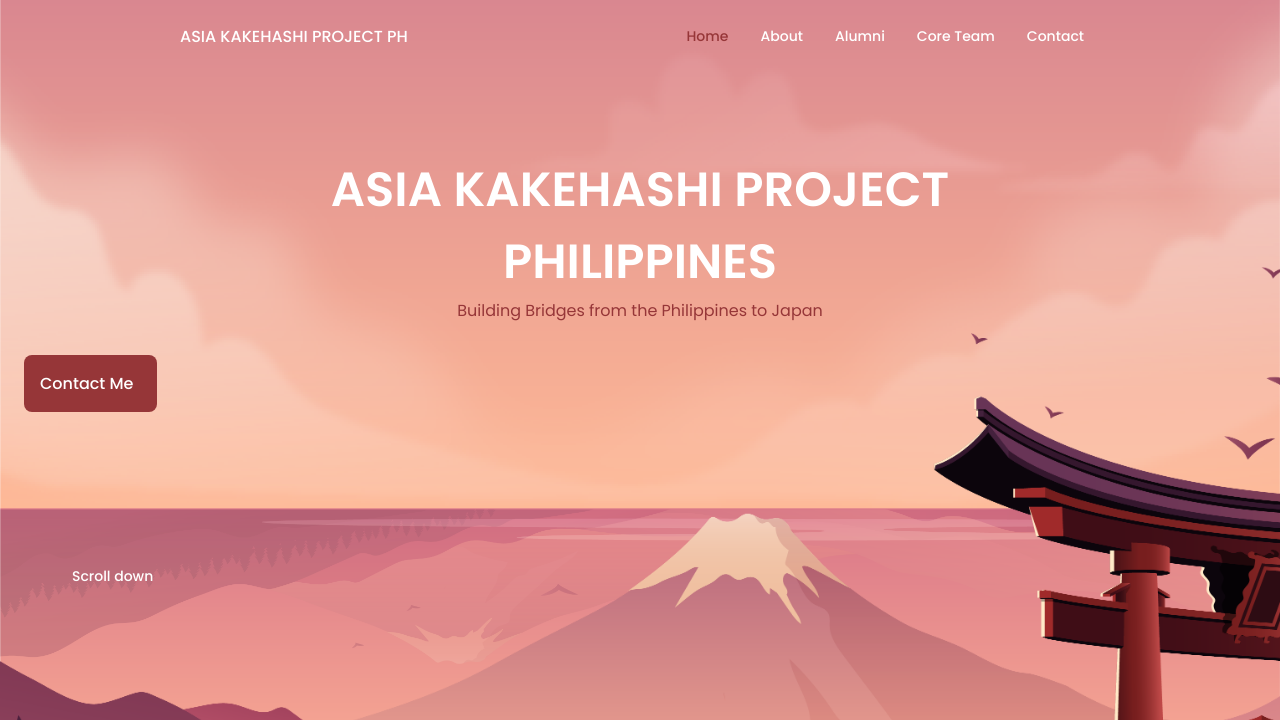
Repository: Aishie123/AKP-PH
Page: index.html
These files come from the project's save history. The page is drawn as it stood at one moment and after the next save; the edit follows.
The browser window is 1280 px wide. The pictures show the whole page.
Some icons come from a web library that is not loaded, so they are not drawn.

Above is the page before, as saved 2024-02-16 00:43:17.

After the next save:
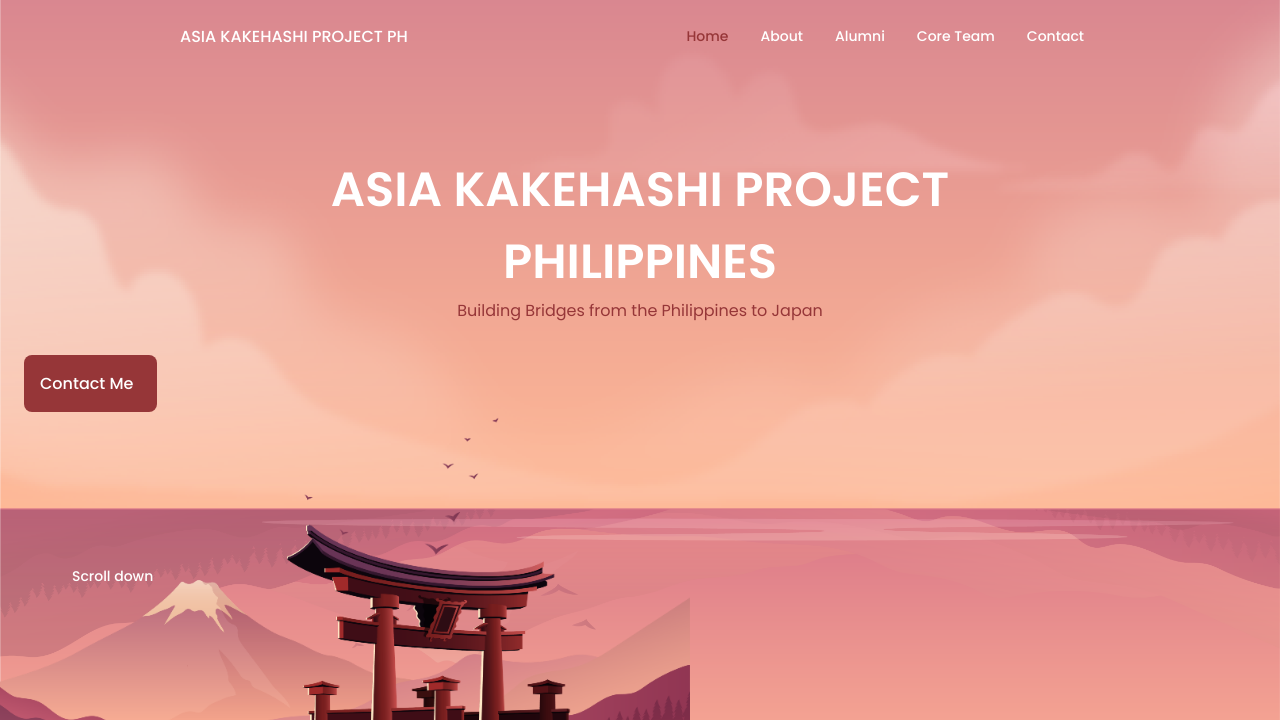
Saved 74 s later.
--- a/assets/css/styles.css
+++ b/assets/css/styles.css
@@ -295,7 +295,7 @@
     max-width: 100%; /* Ensure the image doesn't exceed its natural size */
     z-index: 0;
   }
-
+/Users/aisha/Library/CloudStorage/OneDrive-MalayanCollegesMindanao(AMapúaSchool)/COLLEGE/2ND YEAR/2T/IT103P/Final Project/assets/img/bg/600ppi/Front_Mountains.png
   /* Resize specific elements within home__parallax */
   .home__parallax img {
     object-fit: contain;
@@ -541,7 +541,9 @@
       bottom: initial;
     }
 
-
+    .home__parallax img {
+      max-width: 80%; /* Adjust the max-width for larger screens */
+    }
 
     .nav{
       height: calc(var(--header-height) + 1.5rem);

After the save that followed:
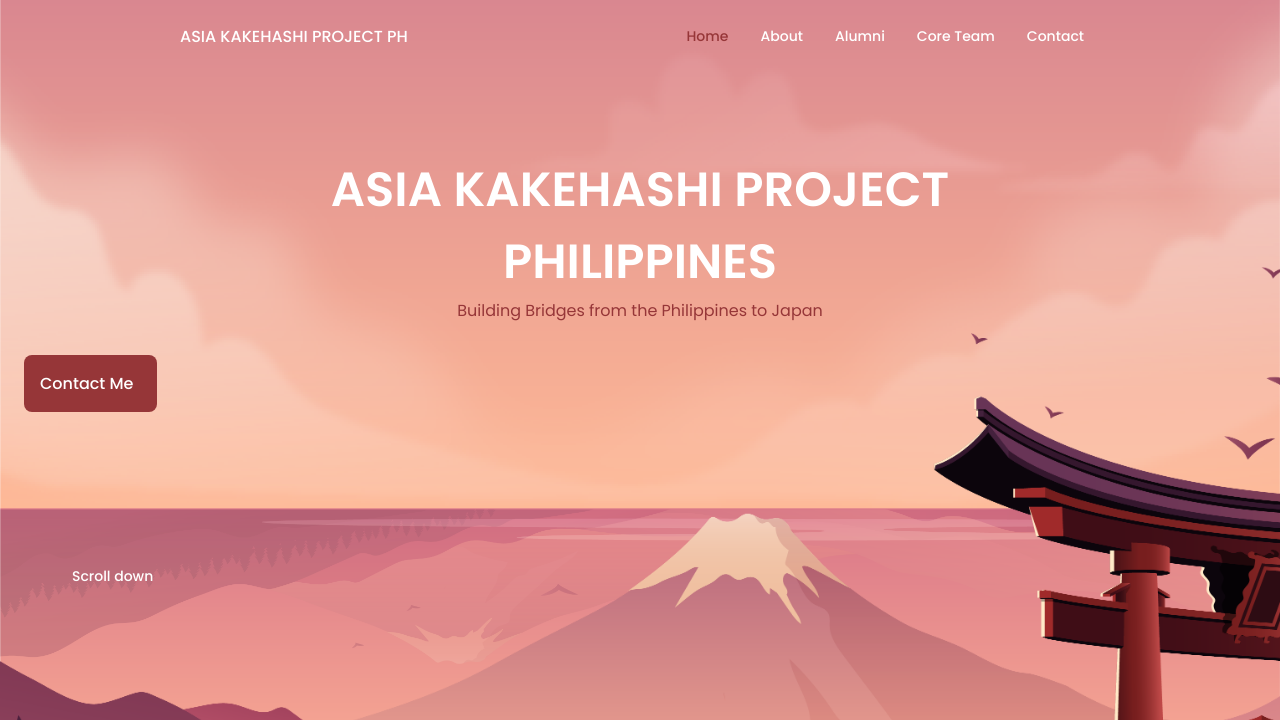
Saved 34 s later.
--- a/assets/css/styles.css
+++ b/assets/css/styles.css
@@ -541,10 +541,6 @@
       bottom: initial;
     }
 
-    .home__parallax img {
-      max-width: 80%; /* Adjust the max-width for larger screens */
-    }
-
     .nav{
       height: calc(var(--header-height) + 1.5rem);
       column-gap: 1rem;
